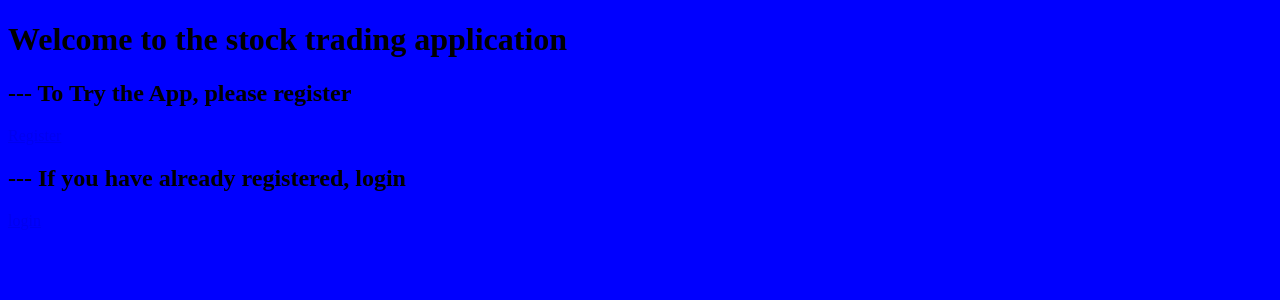
Repository: mariamawit/Assignments
Page: http://localhost/monolith/WEB-INF/jsp/Final.jsp
These files come from the project's save history. The page is drawn as it stood at one moment and after the next save; the edit follows.
The browser window is 1280 px wide. The pictures show the whole page.
The page is served by Tomcat 9. Nobody is signed in. The template is opened directly, without the code that normally fills it, so the values that code supplies are empty.

Above is the page before, as saved 2019-07-16 16:38:17.

After the next save:
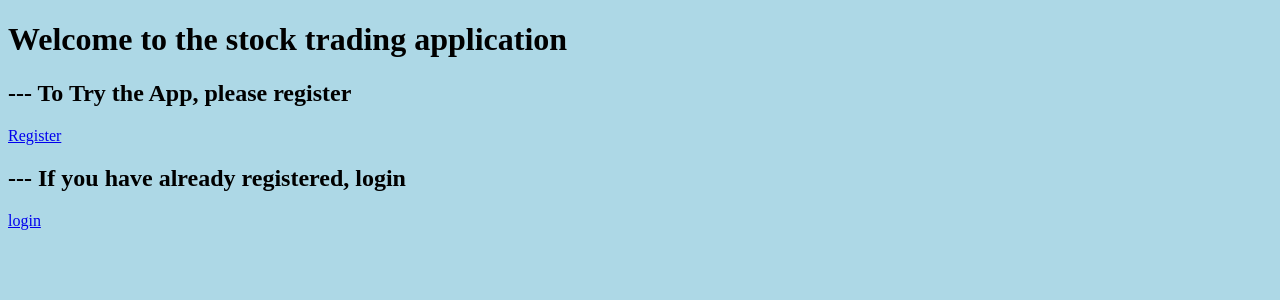
Saved 15 s later.
--- a/springboot/assignment1/monolith/src/main/webapp/WEB-INF/jsp/Final.jsp
+++ b/springboot/assignment1/monolith/src/main/webapp/WEB-INF/jsp/Final.jsp
@@ -7,7 +7,7 @@
 <title>Insert title here</title>
 </head>
 
-<body bgcolor="blue">
+<body bgcolor="lightblue">
 <h1>Welcome to the stock trading application</h1>
 
 <h2> --- To Try the App, please register </h2>
